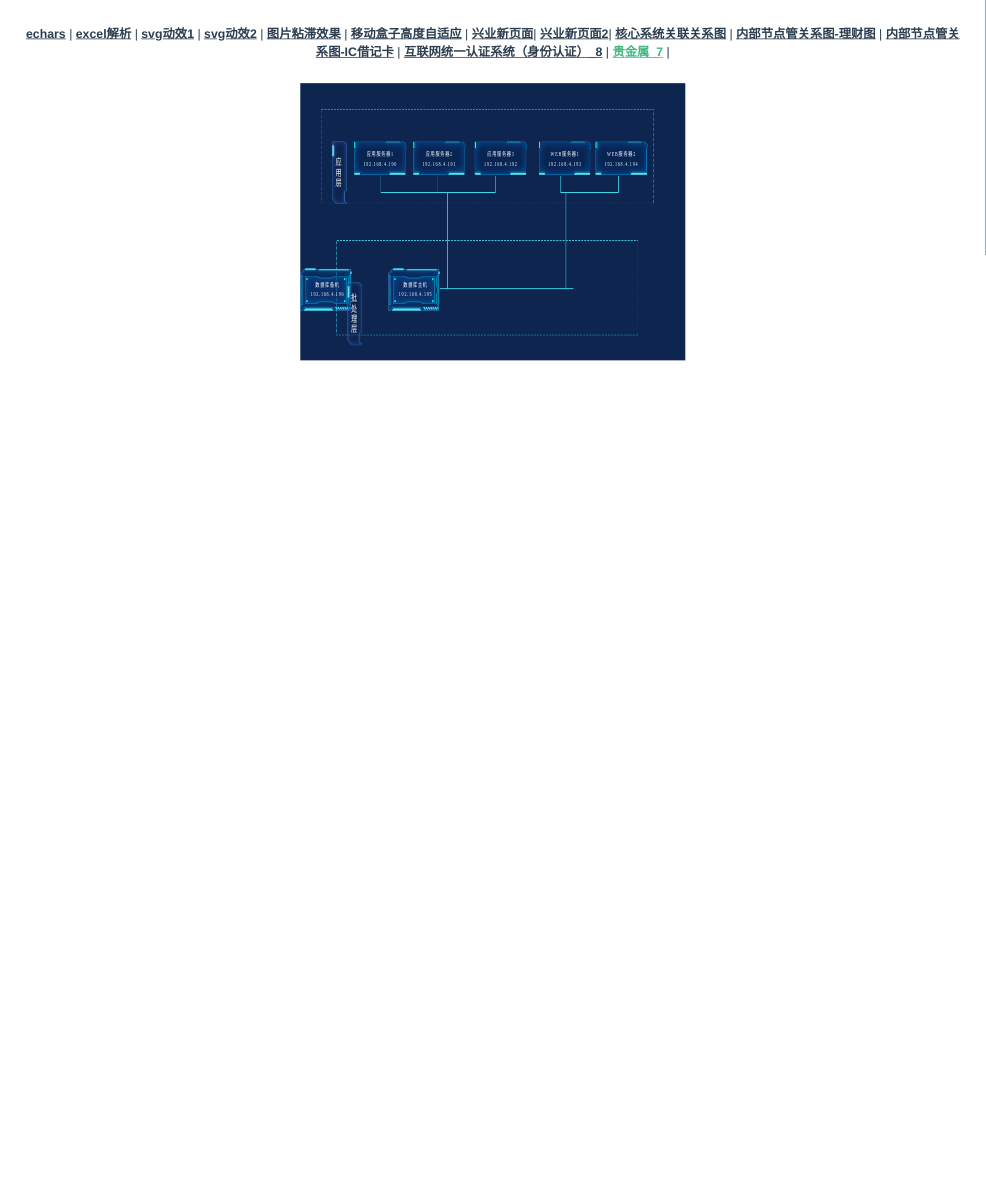
Repository: dmj199811/animation-dmj
Page: /#/work-page9
The author's editor kept a copy of each file at every save. The page is drawn from the files as they stood at one save, then again after the next save.
The browser window is 1280 px wide. The pictures show the whole page, at 77% of full size.
The project was rebuilt for these pictures with package versions that can differ from the ones it lists, and the page was loaded fresh each time.

Above is the page before, as saved 2020-07-05 17:08:12.

After the next save:
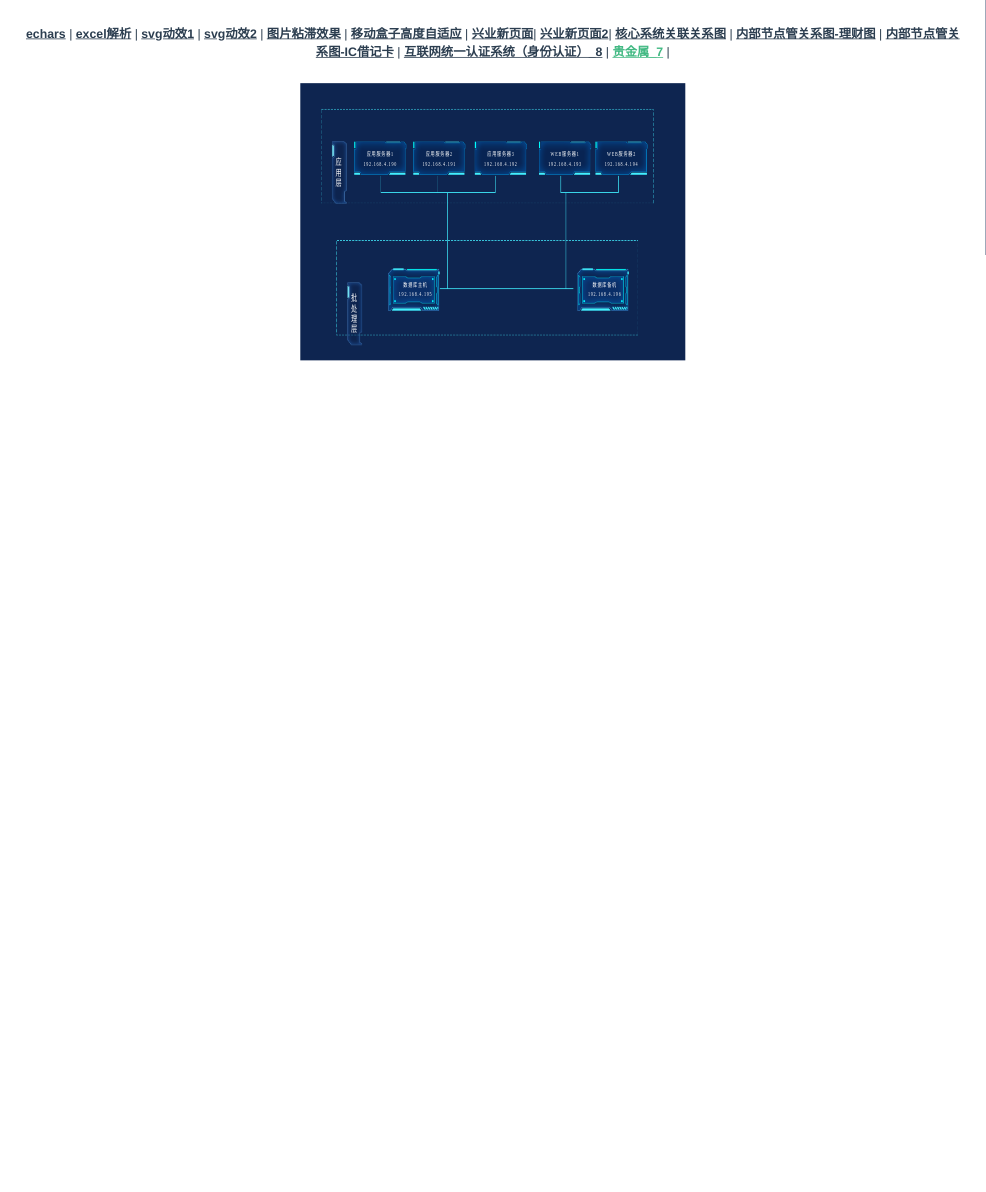
Saved 8 s later.
--- a/src/views/newPage7/index.vue
+++ b/src/views/newPage7/index.vue
@@ -210,7 +210,7 @@ export default {
 .batch-pos2 {
   position: absolute;
   top: 481px;
-  left: 108p0x;
+  left: 1080px;
 }
 .layer {
   background-image: url(./img/side-blue.png);
